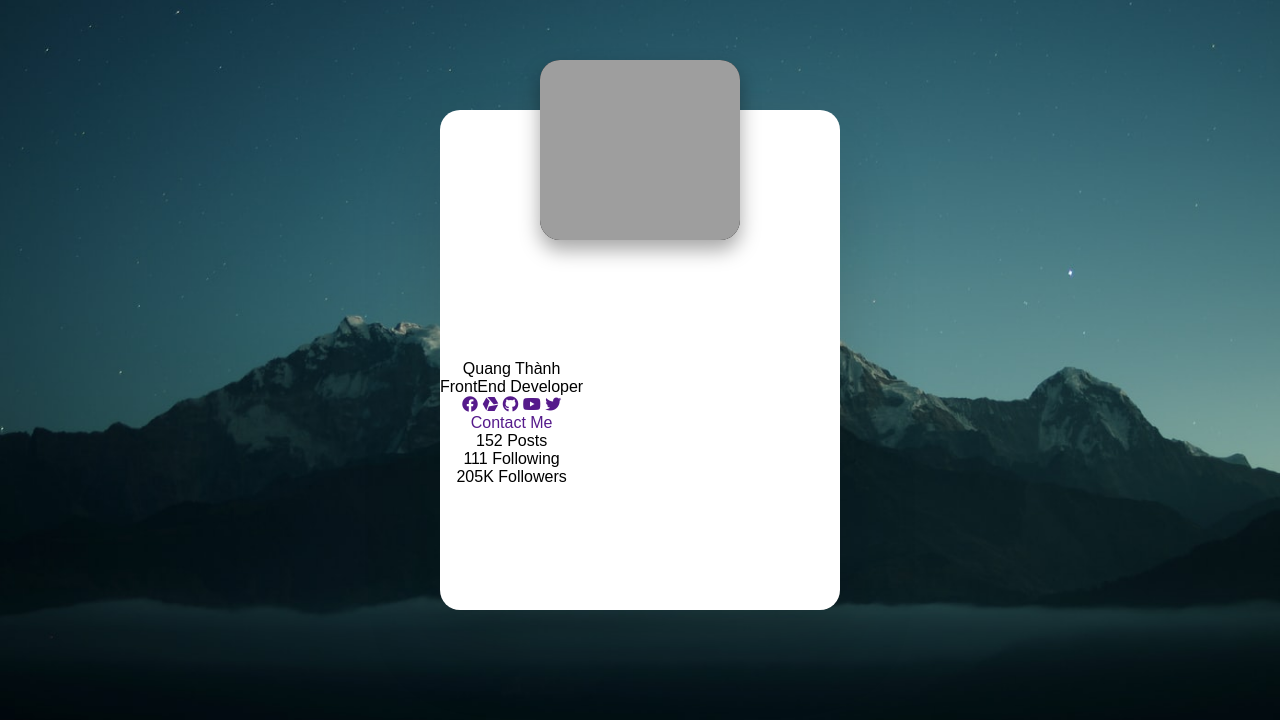
Repository: QuangThanh152/Profile-me
Page: index.html
An editor plug-in stored every save of this project. The page is shown before and after the next save, followed by the edit.
The browser window is 1280 px wide. The pictures show the whole page.
Pictures or frames that could not be fetched are drawn as grey boxes.

Above is the page before, as saved 2022-10-07 15:10:41.

### index.html
<!DOCTYPE html>
<html lang="en">
<head>
    <meta charset="UTF-8">
    <meta http-equiv="X-UA-Compatible" content="IE=edge">
    <meta name="viewport" content="width=device-width, initial-scale=1.0">
    <link rel="stylesheet" href="./accets/font/fontawesome-free-6.1.2-web/css/all.min.css">
    <link rel="stylesheet" href="./accets/main.css">
    <title>Profile-QT</title>
</head>
<body>
    <div class="card">
        <div class="card-header">
            <img src="./accets/img/IMG_20220202_135645.jpg" alt="" class="img-me">
        </div>
        <div class="content">
            <div class="name">Quang Thành</div>
            <div class="desc">FrontEnd Developer</div>
            <div class="SocialNetwork">
                <a href="" class="icon"><i class="fa-brands fa-facebook"></i></a>
                <a href="" class="icon"><i class="fa-brands fa-instalod"></i></i></a>
                <a href="" class="icon"><i class="fa-brands fa-github"></i></i></a>
                <a href="" class="icon"><i class="fa-brands fa-youtube"></i></i></a>
                <a href="" class="icon"><i class="fa-brands fa-twitter"></i></i></a>
            </div>
            <a href="" class="btn-contact">Contact Me</a>
            <div class="card-footer">
                <div class="number">
                    <div class="item">
                        <span>152</span>
                        Posts
                    </div>
                </div>
                <div class="number">
                    <div class="item">
                        <span>111</span>
                        Following
                    </div>
                </div>
                <div class="number">
                    <div class="item">
                        <span>205K</span>
                        Followers
                    </div>
                </div>
            </div>
        </div>
    </div>
</body>
</html>

### accets/main.css
* {
    padding: 0;
    margin: 0;
    box-sizing: border-box;
    font-family: 'Poppins', sans-serif;
    text-decoration: none;
}

body {
    min-height: 100vh;
    background: url(/accets/img/img-big.jpg) no-repeat center;
    background-size: cover;
    display: flex;
    justify-content: center;
    align-items: center;
}

.card {
    position: relative;
    width: 400px;
    /* height: 190px; */
    height: 500px;
    border-radius: 20px;
    background: #fff;
    transition: 0.2s;
    box-shadow: 0 35px 80px rgba(0,0,0,0.15);
}
.card:hover {
    height: 500px;
}
.card-header {
    position: absolute;
    background: rgb(21, 19, 19);
    left: 50%;
    top: -50px;
    transform: translateX(-50%);
    width: 200px;
    height: 180px;
    border-radius: 20px;
    box-shadow: 0 10px 20px rgba(0,0,0,0.35);
    overflow: hidden;
    transition: 0.3s;
}
.card:hover .card-header {
    width: 250px;
    height: 250px;
    transition: 0.2s;
}
.img-me {
    position: absolute;
    top: 0;
    left: 0;
    width: 100%;
    height: 100%;
    object-fit: cover;
}
.content {
    position: absolute;
    top: 50%;
    text-align: center;
    align-items: center;
}
}
.name {

Loaded but not shown: accets/font/fontawesome-free-6.1.2-web/css/all.min.css (library)

After the next save:
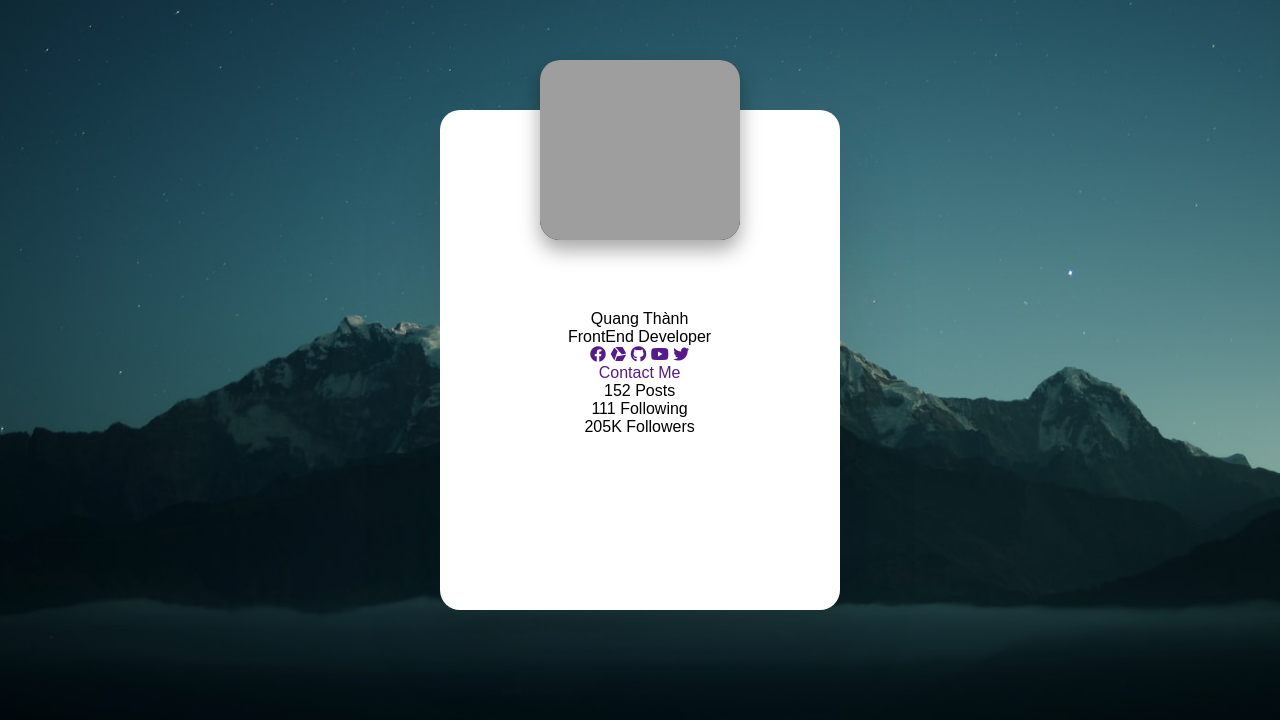
Saved 3 min 50 s later.
--- a/accets/main.css
+++ b/accets/main.css
@@ -56,9 +56,12 @@ body {
 }
 .content {
     position: absolute;
-    top: 50%;
+    top: 40%;
     text-align: center;
+    display: block;
     align-items: center;
-}
+    left: 32%;
 }
 .name {
+
+}
